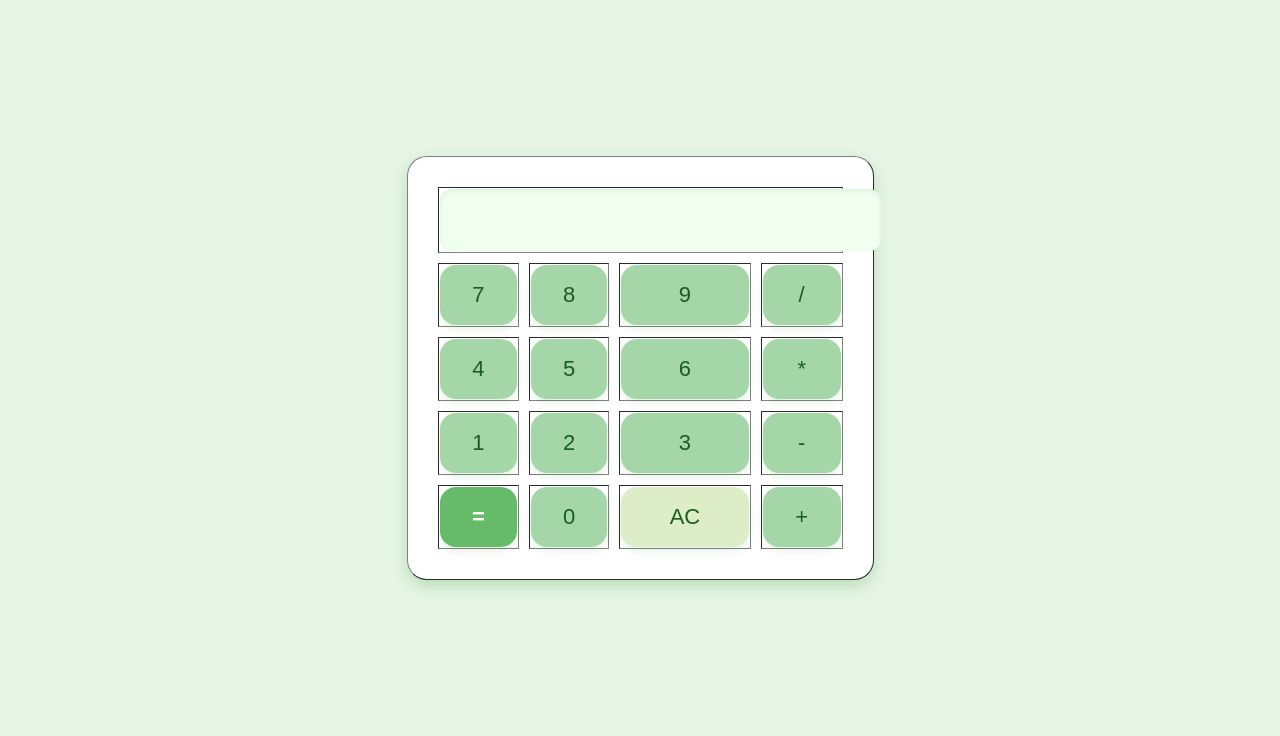
Repository: Yejin-source/st-work
Page: join/src/main/webapp/cal.html
An editor plug-in stored every save of this project. The page is shown before and after the next save, followed by the edit.
The browser window is 1280 px wide. The pictures show the whole page.

Above is the page before, as saved 2025-04-30 08:46:58.

After the next save:
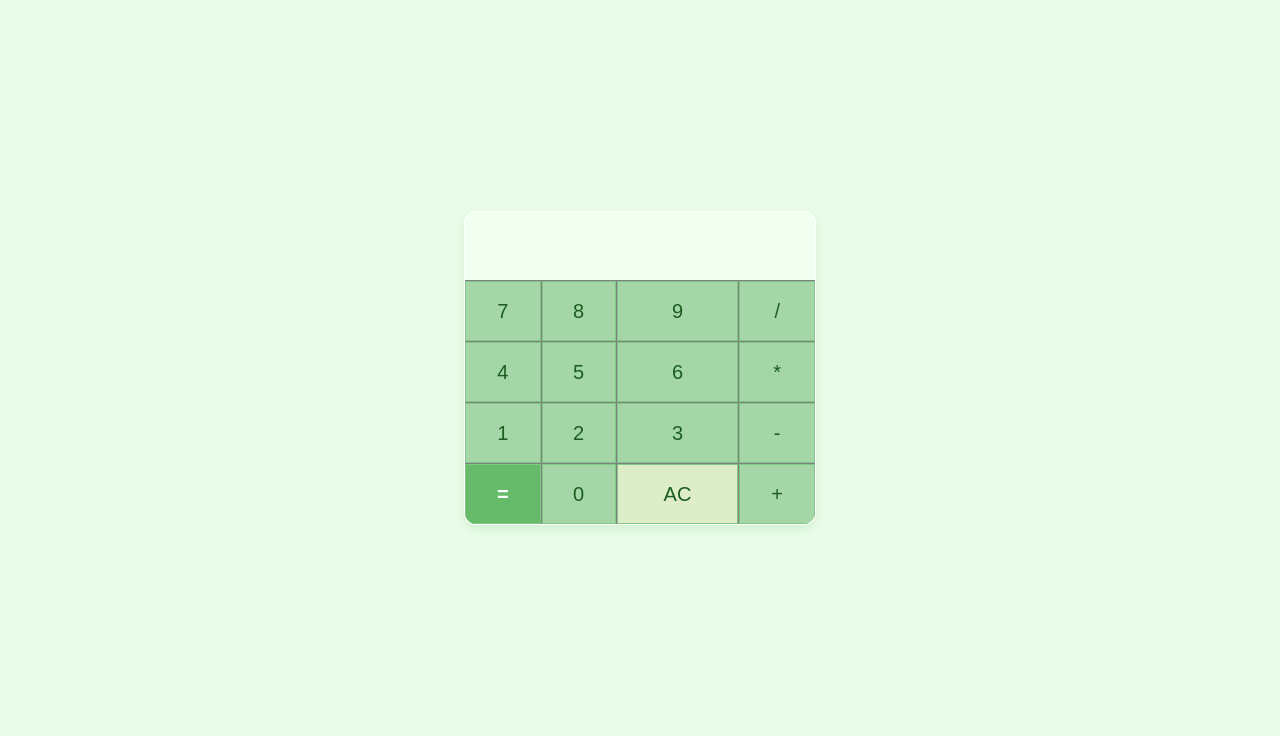
Saved 33 s later.
--- a/join/src/main/webapp/cal.html
+++ b/join/src/main/webapp/cal.html
@@ -3,73 +3,71 @@
 <head>
 <meta charset="UTF-8">
 <title>Insert title here</title>
-<style>
-  body {
-    background-color: #e6f5e6; /* 연한 민트 배경 */
-    font-family: 'Segoe UI', sans-serif;
-    display: flex;
-    justify-content: center;
-    align-items: center;
-    height: 100vh;
-  }
-
-  table {
-    border-collapse: separate;
-    border-spacing: 10px;
-    background-color: #ffffff;
-    padding: 20px;
-    border-radius: 20px;
-    box-shadow: 0 6px 16px rgba(0, 128, 0, 0.2);
-  }
-
-  input[type="text"] {
-    width: 100%;
-    padding: 15px 20px;
-    font-size: 28px;
-    border: none;
-    background-color: #f0fff0;
-    color: #388e3c;
-    text-align: right;
-    border-radius: 12px;
-    box-shadow: inset 0 2px 4px rgba(0, 128, 0, 0.1);
-  }
-
-  button {
-    width: 100%;
-    height: 60px;
-    font-size: 22px;
-    background-color: #a5d6a7;
-    color: #1b5e20;
-    border: none;
-    border-radius: 16px;
-    box-shadow: 0 4px 8px rgba(0, 128, 0, 0.1);
-    cursor: pointer;
-    transition: all 0.2s ease;
-  }
-
-  button:hover {
-    background-color: #81c784;
-    transform: scale(1.05);
-  }
-
-  #equal {
-    background-color: #66bb6a;
-    color: white;
-    font-weight: bold;
-  }
-
-  #equal:hover {
-    background-color: #43a047;
-  }
-
-  #back {
-    background-color: #dcedc8;
-  }
-
-  #back:hover {
-    background-color: #aed581;
-  }
-</style>
+  <style>
+    body {
+      background-color: #e9fce9; /* 아주 연한 초록-민트 */
+      font-family: 'Segoe UI', sans-serif;
+      display: flex;
+      justify-content: center;
+      align-items: center;
+      height: 100vh;
+    }
+
+    table {
+      border-collapse: collapse;
+      background-color: #ffffff;
+      border-radius: 12px;
+      box-shadow: 0 4px 10px rgba(0, 128, 0, 0.1);
+      overflow: hidden;
+    }
+
+    input[type="text"] {
+      width: 100%;
+      padding: 20px;
+      font-size: 24px;
+      border: none;
+      background-color: #f0fff0;
+      text-align: right;
+      color: #2e7d32;
+    }
+
+    td {
+      padding: 0;
+    }
+
+    button {
+      width: 100%;
+      height: 60px;
+      font-size: 20px;
+      background-color: #a5d6a7; /* 밝은 연두 */
+      border: 1px solid #81c784;
+      color: #1b5e20;
+      cursor: pointer;
+      transition: 0.2s;
+    }
+
+    button:hover {
+      background-color: #81c784; /* 좀 더 진한 연두 */
+    }
+
+    #equal {
+      background-color: #66bb6a;
+      color: white;
+      font-weight: bold;
+    }
+
+    #equal:hover {
+      background-color: #388e3c;
+    }
+
+    #back {
+      background-color: #dcedc8;
+    }
+
+    #back:hover {
+      background-color: #aed581;
+    }
+  </style>
 
 
 </head>
